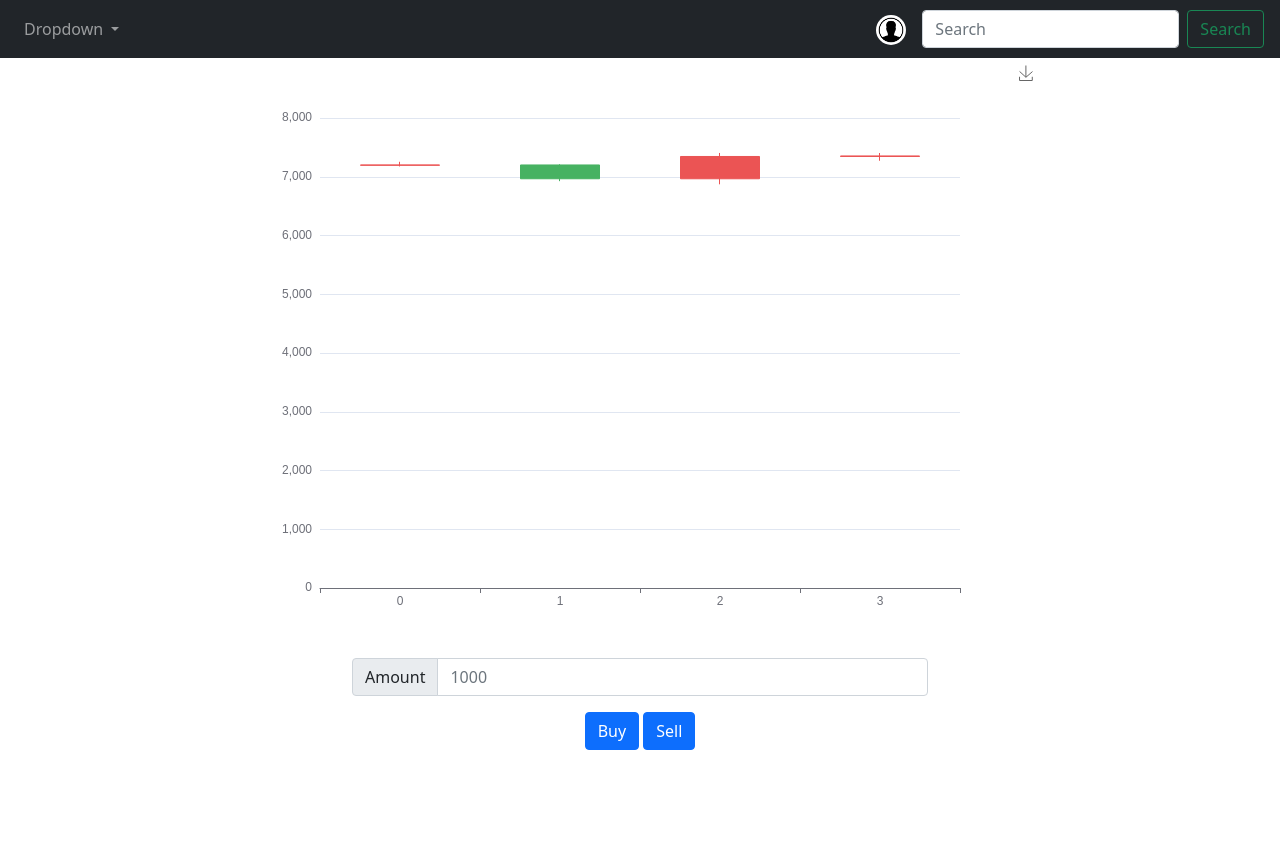
Repository: CSCI-3308-CU-Boulder/3308SP21_024_5
Page: Code/game.html
These files come from the project's save history. The page is drawn as it stood at one moment and after the next save; the edit follows.
The browser window is 1280 px wide. The pictures show the whole page.
The page's requests for data from a server got no answer. Some web libraries are served in a nearby version.

Above is the page before, as saved 2021-03-31 19:50:00.

### Code/game.html
<!DOCTYPE html>
<html>
	<head>
		<meta charset="utf-8" />
		<meta name="viewport" content="width=device-width,initial-scale=1.0" />
        <script src = "game.js"></script>
        <script src="https://code.jquery.com/jquery-3.2.1.slim.min.js" integrity="sha384-KJ3o2DKtIkvYIK3UENzmM7KCkRr/rE9/Qpg6aAZGJwFDMVNA/GpGFF93hXpG5KkN" crossorigin="anonymous"></script>
        <script src="https://cdnjs.cloudflare.com/ajax/libs/popper.js/1.12.9/umd/popper.min.js" integrity="sha384-ApNbgh9B+Y1QKtv3Rn7W3mgPxhU9K/ScQsAP7hUibX39j7fakFPskvXusvfa0b4Q" crossorigin="anonymous"></script>
        <link rel="stylesheet" href="https://maxcdn.bootstrapcdn.com/bootstrap/4.0.0/css/bootstrap.min.css" integrity="sha384-Gn5384xqQ1aoWXA+058RXPxPg6fy4IWvTNh0E263XmFcJlSAwiGgFAW/dAiS6JXm" crossorigin="anonymous">
		<link href="https://cdn.jsdelivr.net/npm/bootstrap@5.0.0-beta2/dist/css/bootstrap.min.css" rel="stylesheet" integrity="sha384-BmbxuPwQa2lc/FVzBcNJ7UAyJxM6wuqIj61tLrc4wSX0szH/Ev+nYRRuWlolflfl" crossorigin="anonymous">
        <script src="https://cdnjs.cloudflare.com/ajax/libs/echarts/5.0.2/echarts.min.js" integrity="sha512-t9GZbGKCH5MuYUFsq5AdrhllT0kdnc2fNMizKDgLXBBXgHP2dXxjRPOzYJauAXW9OXLlSYELUqWD30k7cb0Mkg==" crossorigin="anonymous"></script>
        <script src="https://cdn.jsdelivr.net/npm/bootstrap@5.0.0-beta2/dist/js/bootstrap.bundle.min.js" integrity="sha384-b5kHyXgcpbZJO/tY9Ul7kGkf1S0CWuKcCD38l8YkeH8z8QjE0GmW1gYU5S9FOnJ0" crossorigin="anonymous"></script>

        <title>stonkbzz</title>
	</head>
	<body>
        <!-- NAVBAR -->
    <nav class="navbar navbar-expand-lg navbar-dark bg-dark">
        <button class="navbar-toggler" type="button" data-toggle="collapse" data-target="#navbarSupportedContent" aria-controls="navbarSupportedContent" aria-expanded="false" aria-label="Toggle navigation">
        <span class="navbar-toggler-icon"></span>
        </button>
        <div class="collapse navbar-collapse" id="navbarSupportedContent">
        <ul class="navbar-nav mr-auto">
            <li class="nav-item dropdown">
                <a class="nav-link dropdown-toggle" href="#" id="navbarDropdown" role="button" data-bs-toggle="dropdown" aria-expanded="false">
                  Dropdown
                </a>
                <ul class="dropdown-menu" aria-labelledby="navbarDropdown">
                  <li><a class="dropdown-item" href="#">Watchlist</a></li>
                  <li><a class="dropdown-item" href="#">Portfolio</a></li>

                  <li><a class="dropdown-item" href="game.html">Games</a></li>
                  <li><a class="dropdown-item" href="landing_page.html">Login</a></li>
                </ul>
              </li>
        </ul>
        <form class="form-inline my-2 my-lg-0">
            <a class="navbar-brand" href="home.html">
            <img class="rounded-circle" src="avatar.png" alt="" width="30" height="30">
            </a>
            <input class="form-control mr-sm-2" type="search" placeholder="Search" aria-label="Search">
            <button class="btn btn-outline-success my-2 my-sm-0" type="submit">Search</button>
        </form>
        </div>
    </nav>
  <!-- NAVBAR -->

                <div id="main" style="width: 800px;height: 600px; margin:0 auto;" ></div>

        <style>
            canvas{
                border: 1px;
            }
        </style>

		<script type="text/javascript"></script>
        <script>

            var toastElList = [].slice.call(document.querySelectorAll('.toast'))
            var toastList = toastElList.map(function (toastEl) {
            return new bootstrap.Toast(toastEl, option)
            })
            var date = [0,1,2,3]

                            //open, close, highest, lowest

            var stock_data = [[7195.24, 7200.85, 7255, 7175.15],
                            [7200.77, 6965.71, 7212.5, 6924.74],
                            [6965.49, 7344.96, 7405, 6871.04],
                            [7345, 7354.11, 7404, 7272.21]]
            console.log(arrC)
            var store_data = arrC
			const myChart = echarts.init(document.getElementById('main'));
            myChart.resize({
                width: 800,
                height: 600
            })

			 option = {
				toolbox: { feature: { saveAsImage: {} } },
				xAxis: { type: 'category', data: date },
				yAxis: { type: 'value' },
				series: [
					{
						data: stock_data,
						type: 'k',
					},
				],
			};
			myChart.setOption(option);
            var to_cancel //stop loop running forever
            var sell_price;
            var buy_price;
            //generate random data and plot
            var count_day = 4
            function painting(){
                //setTimeout(myChart.setOption(option), 2000)
                date.push(date[date.length-1] +1)
                stock_data.push(store_data[count_day])
                console.log(stock_data)
                option = {
                    toolbox: { feature: { saveAsImage: {} } },
                    xAxis: { type: 'category', data: date },
                    yAxis: { type: 'value' },
                    series: [
                        {
                        data: stock_data,
                        type: 'k',
                    },
                    ],
                };
                myChart.setOption(option);
                count_day ++
            }
            //start buying stock, plot starts generated
            function startLoop(){
                to_cancel = setInterval(painting,500)
                buy_price = stock_data[count_day-1][0]
            }
            //sell the stock, painting stops
            function endLoop(){

                clearInterval(to_cancel)
                calProfit()
            }
            //calculate the profit
            function calProfit(){
                sell_price = stock_data[count_day-1][1]
                profit = 0
                temp = document.getElementById("user-amount").value
                if(!temp){
                    amount = 1000
                }else{
                    amount = temp
                }
                var profit = amount * (sell_price - buy_price)
                document.getElementById("output_profit").innerHTML = profit.toFixed(2) + "$"
            }
		</script>
        <div class=container style="width: 600px;height: 200px">
            <div class"w-50">
                <div class="input-group mb-3" >
                    <span class="input-group-text" id="input-amount">Amount</span>
                    <input type="text" class="form-control" id="user-amount" placeholder=1000>
                  </div>
            </div>

            <div class="row">
                <div class="text-center">
                    <button type="button" class="btn btn-primary" onclick="startLoop()">Buy</button>
                    <button type="button" class="btn btn-primary"  data-bs-toggle="modal" data-bs-target="#exampleModal" onclick="endLoop()">Sell</button>
                </div>

            </div>

        </div>
        <div class="modal fade" id="exampleModal" tabindex="-1" aria-labelledby="exampleModalLabel" aria-hidden="true">
            <div class="modal-dialog" style="width: 1000px">
              <div class="modal-content">
                <div class="modal-header">

                  <h5 class="modal-title" id="exampleModalLabel">Notification</h5>
                  <button type="button" class="btn-close" data-bs-dismiss="modal" aria-label="Close"></button>
                </div>
                <div class="modal-body" id="output_profit">
                  you profite is
                </div>
                <div class="modal-footer">
                    <button type="button" class="btn btn-secondary" data-bs-dismiss="modal">Close</button>
                  </div>
              </div>
            </div>
        </div>

	</body>
</html>

### Code/game.js
var request = new XMLHttpRequest()
var arrC = []


request.open('GET', 'https://finnhub.io/api/v1/crypto/candle?symbol=BINANCE:BTCUSDT&resolution=D&from=1577808000&to=1609344000&token=c141b3f48v6s4a2e21p0' ,true)
request.onload = function(){
  var data1 = JSON.parse(this.response).o
  var data2 = JSON.parse(this.response).c
  var data3 = JSON.parse(this.response).h
  var data4 = JSON.parse(this.response).l
  //console.log(data)
  if(request.status >= 200 && request.status < 400){
    data1.forEach(results => {
      //console.log("data1")
      //console.log(data1)

    });
    data2.forEach(results2 => {
     // console.log("data2")
      //console.log(data2)

    })
    for( i = 0; i < 365; i++){
      arrC.push([data1[i], data2[i], data3[i], data4[i]])
    }
    console.log(arrC)
  }else{
    console.log("error")
  }
}


request.send()

After the next save:
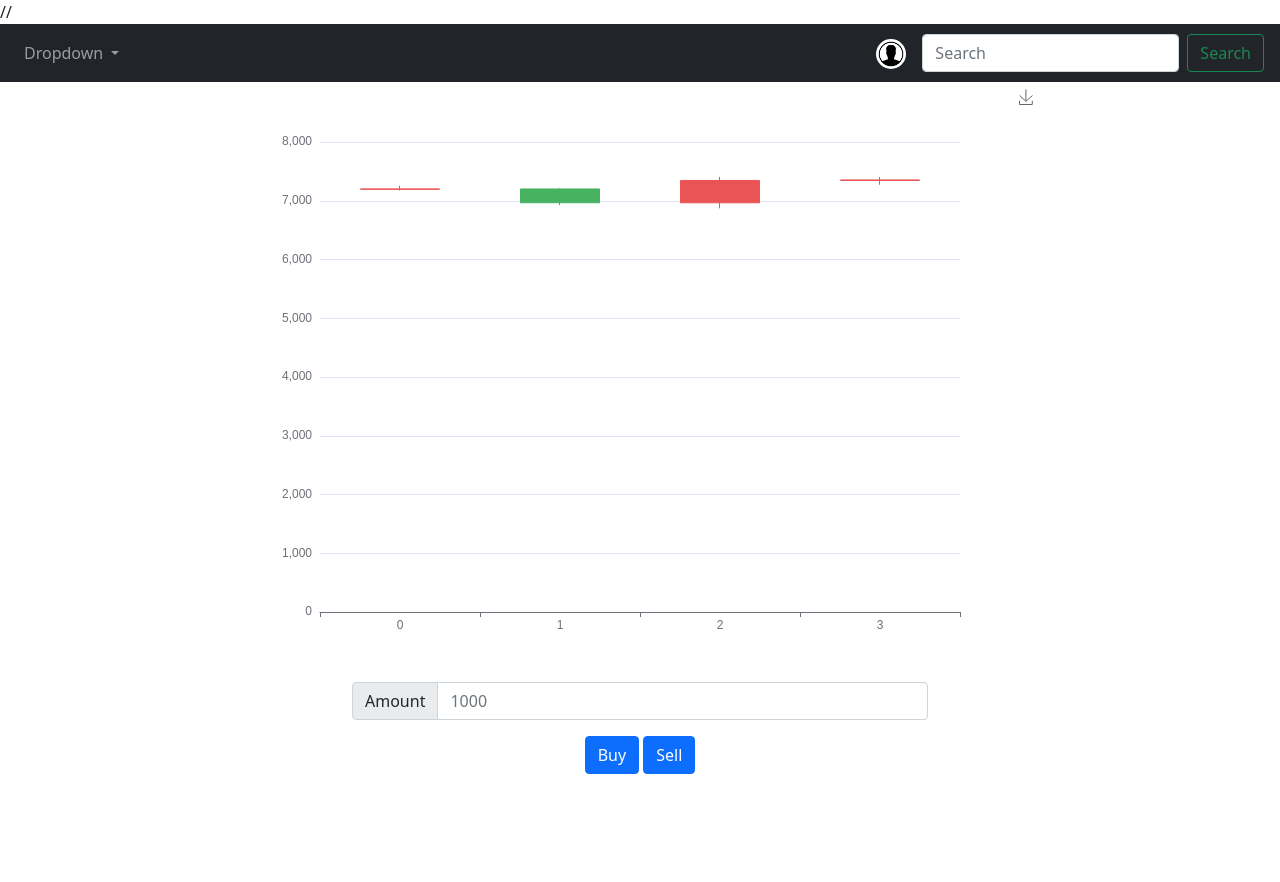
Saved 31 s later.
--- a/Code/game.html
+++ b/Code/game.html
@@ -6,7 +6,7 @@
         <script src = "game.js"></script>
         <script src="https://code.jquery.com/jquery-3.2.1.slim.min.js" integrity="sha384-KJ3o2DKtIkvYIK3UENzmM7KCkRr/rE9/Qpg6aAZGJwFDMVNA/GpGFF93hXpG5KkN" crossorigin="anonymous"></script>
         <script src="https://cdnjs.cloudflare.com/ajax/libs/popper.js/1.12.9/umd/popper.min.js" integrity="sha384-ApNbgh9B+Y1QKtv3Rn7W3mgPxhU9K/ScQsAP7hUibX39j7fakFPskvXusvfa0b4Q" crossorigin="anonymous"></script>
-        <link rel="stylesheet" href="https://maxcdn.bootstrapcdn.com/bootstrap/4.0.0/css/bootstrap.min.css" integrity="sha384-Gn5384xqQ1aoWXA+058RXPxPg6fy4IWvTNh0E263XmFcJlSAwiGgFAW/dAiS6JXm" crossorigin="anonymous">
+        //<link rel="stylesheet" href="https://maxcdn.bootstrapcdn.com/bootstrap/4.0.0/css/bootstrap.min.css" integrity="sha384-Gn5384xqQ1aoWXA+058RXPxPg6fy4IWvTNh0E263XmFcJlSAwiGgFAW/dAiS6JXm" crossorigin="anonymous">
 		<link href="https://cdn.jsdelivr.net/npm/bootstrap@5.0.0-beta2/dist/css/bootstrap.min.css" rel="stylesheet" integrity="sha384-BmbxuPwQa2lc/FVzBcNJ7UAyJxM6wuqIj61tLrc4wSX0szH/Ev+nYRRuWlolflfl" crossorigin="anonymous">
         <script src="https://cdnjs.cloudflare.com/ajax/libs/echarts/5.0.2/echarts.min.js" integrity="sha512-t9GZbGKCH5MuYUFsq5AdrhllT0kdnc2fNMizKDgLXBBXgHP2dXxjRPOzYJauAXW9OXLlSYELUqWD30k7cb0Mkg==" crossorigin="anonymous"></script>
         <script src="https://cdn.jsdelivr.net/npm/bootstrap@5.0.0-beta2/dist/js/bootstrap.bundle.min.js" integrity="sha384-b5kHyXgcpbZJO/tY9Ul7kGkf1S0CWuKcCD38l8YkeH8z8QjE0GmW1gYU5S9FOnJ0" crossorigin="anonymous"></script>
